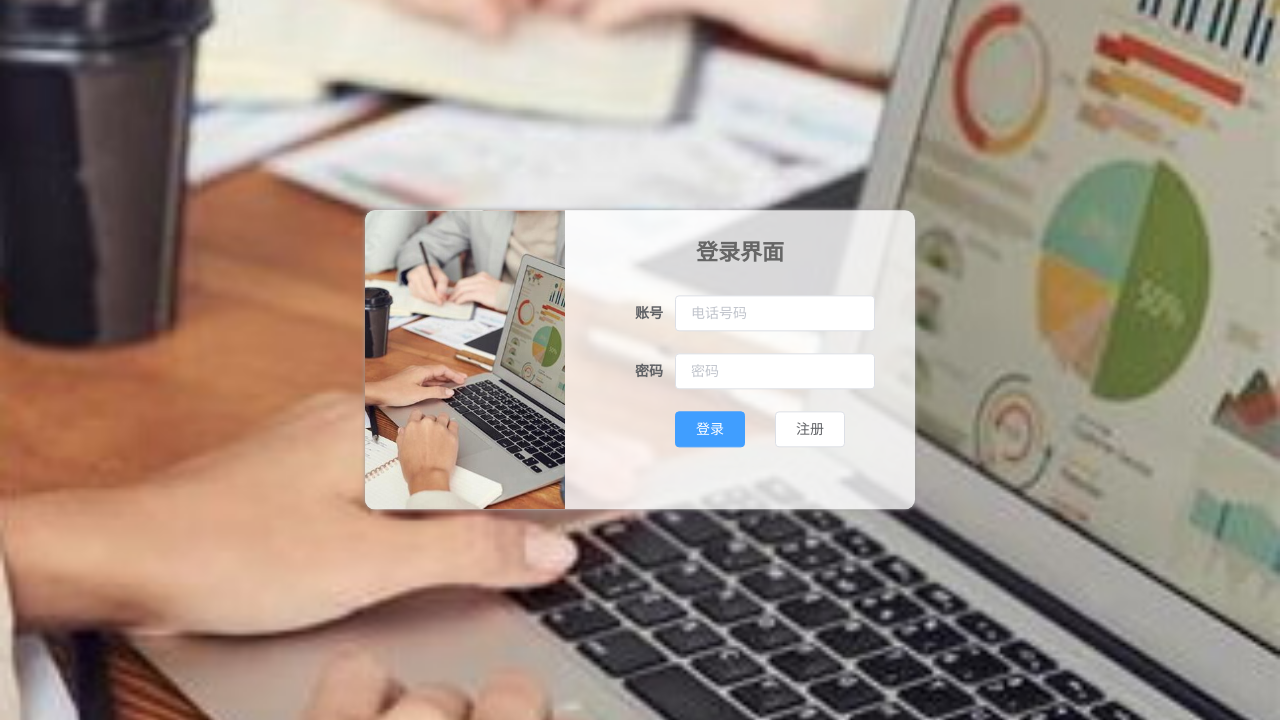
Repository: xiaoqigegeyou/water
Page: /
These files come from the project's save history. The page is drawn as it stood at one moment and after the next save; the edit follows.
The browser window is 1280 px wide. The pictures show the whole page.
The project was rebuilt for these pictures with package versions that can differ from the ones it lists, and the page was loaded fresh each time. Also part of the build but not shown: vue.config.js, src/components/Breadcrumb/index.vue, src/components/Hamburger/index.vue, src/layout/components/Navbar.vue, src/layout/components/AppMain.vue, src/layout/components/index.js, src/layout/mixin/ResizeHandler.js, src/layout/index.vue and 2 more. Imported but missing from the stored project, and not drawn on this page: src/layout/components/Sidebar.

Above is the page before, as saved 2021-02-19 17:09:50.

After the next save:
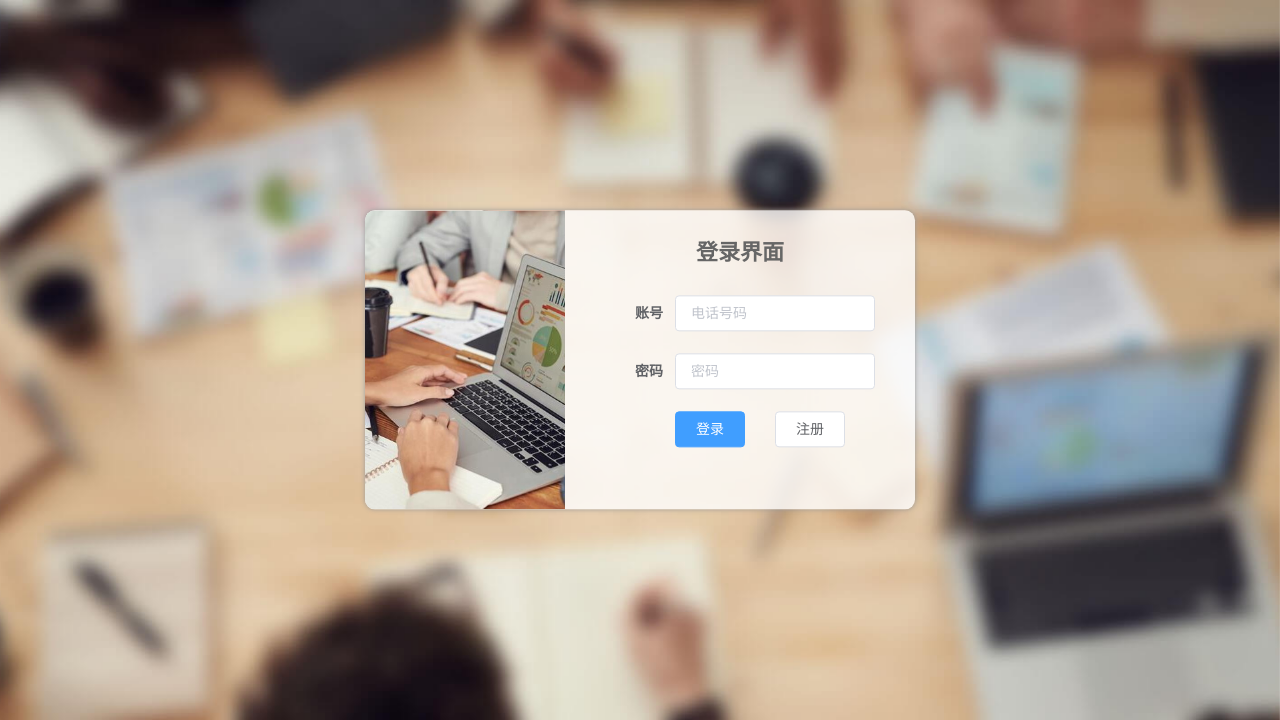
Saved 19 s later.
--- a/src/views/login/login.vue
+++ b/src/views/login/login.vue
@@ -75,7 +75,7 @@ export default {
   z-index: 0;
   width: 100%;
   height: 100%;
-  background-image: url(@/assets/images/login-banner.jpg);
+  background-image: url(@/assets/images/login-bg.jpg);
   background-size: cover;
   background-position: center center;
 }
